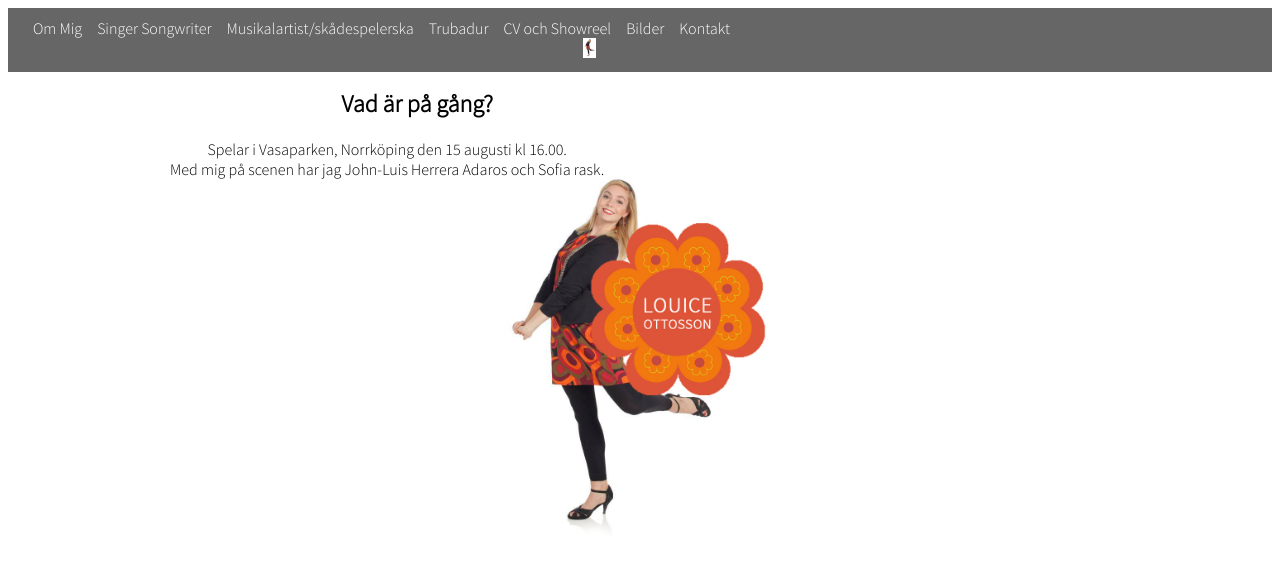
Repository: MarkusGirdland/LouiceOttosson
Page: index.html
The author's editor kept a record of every edit. The page is drawn from the files as they stood at one moment, then again after the next edit.
The browser window is 1280 px wide. The pictures show the whole page.

Above is the page before.

### index.html
<!doctype html>
<html lang="sv">
    <head>

        <meta charset="utf-8"/>
        <title>Louice Ottosson</title>
        <meta name="viewport" content="width:device-width, initial-scale=1.0" />
        <link rel="Stylesheet" media="only screen and (max-width:481px)" href="../css/basic.css" />
        <link rel="Stylesheet" href="css/basic.css" />
    </head>

    <body id="indexMain">
        <div id="container">

            <!-- Menyn -->
            <nav>
                <ul id="meny">
                    <li class="lista"><a href="pages/omMig.html">Om Mig</a></li>
                    <li class="lista"><a href="pages/singerSongwriter.html">Singer Songwriter</a></li>
                    <li class="lista"><a href="pages/musikalartist.html">Musikalartist/skådespelerska</a></li>
                    <li class="lista"><a href="pages/trubadur.html">Trubadur</a></li>
                    <li class="lista"><a href="pages/CVochShowreel.html">CV och Showreel</a></li>
                    <li class="lista"><a href="pages/bilder.html">Bilder</a></li>
                    <li class="lista"><a href="pages/kontakt.html">Kontakt</a></li>
                    <li class="lista"><a class="Index" href="index.html"><img src="images/danspose.jpg" alt="Start" width="auto" height="20" /></a></li>
                </ul>

                <select name="selector" onchange="window.location=this.value;">
                    <option value="" selected="selected">Välj sida...</option>

                    <option value="index.html">Hem</option>
                    <option value="pages/omMig.html">Om Mig</option>
                    <option value="pages/singerSongwriter.html">Singer Songwriter</option>
                    <option value="pages/musikalartist.html">Musikalartist/skådespelerska</option>
                    <option value="pages/trubadur.html">Trubadur</option>
                    <option value="pages/CVochShowreel.html">CV och Showreel</option>
                    <option value="pages/bilder.html">Bilder</option>
                    <option value="pages/kontakt.html">Kontakt</option>
              </select>
            </nav>

            <main>
            <br />
            <br />
                <h2 id="indexh2" class="indexText">Vad är på gång?</h2>
                <p class="indexText">Spelar i Vasaparken, Norrköping den 15 augusti kl 16.00. <br />
                Med mig på scenen har jag John-Luis Herrera Adaros och Sofia rask.</p>
            </main>
        </div>

        <script src="script/script.js"></script>
    </body>
</html>

### css/basic.css
#indexMain{
    background-image: url(../images/danspose2.jpg);
    background-repeat: no-repeat;
    background-position: center;
    background-attachment:fixed;

}

#omMigMain{
    background-image: url(../images/hej.jpg);
    background-repeat: no-repeat;
    background-position: center;
    background-attachment:fixed;
}

#singerSongwriterMain{
    background-color: black;
    background-image: url(../images/livekarusell.jpg);
    background-repeat: no-repeat;
    background-position: center;
    background-attachment:fixed;
    font-family: "SourceSansLight";
}

#musikalartistMain{
    background-color: black;
    background-image: url(../images/mj.jpg);
    background-repeat: no-repeat;
    background-position: center;
    background-attachment:fixed;
    font-family: "SourceSansLight";
}

#trubadurMain{
    background-image: url(../images/trubadur.jpg);
    background-repeat: no-repeat;
    background-position: center;
    background-attachment:fixed;
}

#CVMain{
    background-image: url(../images/cv-bild.jpg);
    background-repeat: no-repeat;
    background-position: center;
    background-attachment:fixed;

}

#kontaktMain{
    background-image: url(../images/kontakt.jpg);
    background-repeat: no-repeat;
    background-position: center;
    background-attachment:fixed;
}

main {
    font-family: "SourceSans";
}

#meny{
    position: relative;
    float: left;
    margin-top: 0;
    padding-top: 0;

    list-style-type: none;

    font-family: "SourceSansLight";

    color: white;
    display: block;
    background-color: rgba(0, 0, 0, 0.6);
    padding: 10px;
}

#singSongMeny {
    position: relative;
    float: left;
    margin-top: 0;
    padding-top: 0;

    list-style-type: none;

    font-family: "SourceSansLight";

    color: white;
    display: block;
    background-color: rgba(200, 0, 0, 0.6);
    padding: 10px;
}

.lista{
    float: left;
    margin-left: 15px;
}

.Index{
    margin-left: 550px;
    float: right;
}

#meny .active{
    color: red;
}

#singSongMeny .active{
    color: red;
}

.indexText {
    margin-right: 40%;
    font-family: "SourceSansLight";
    text-align: center;
}

#indexh2 {
    padding-left: 60px;
}

#CVtext .CVlink{
    color: blue;
}

.singSongText {
    color: white;
    font-family: "SourceSansLight";
}

#singSongh4 {
    font-family: "SourceSansLight";
    color: white;
}

#resultat {
    font-family: "SourceSansLight";
    color: white;
}


a:link { text-decoration: none}
a:link { color: white; }
a:visited { color: white; }
a:hover { color: red; }

#galleryContainer {
    padding: 50px;
    background-position: center center;
    background-repeat: repeat;
    overflow: auto;
}

#images {
    padding: 50px;
    margin-left: 30px;
}

#images img {
    max-height: 150px;
    max-width: 150px;
    height: auto;
    width: auto;
    margin-left: 25px;
    display: block;
}

#spotify{
    padding-left: 50px;
}

#images a {
    position: relative;
    background: white;
    display: inline;
    float: left;
    margin: 0 15px 30px;
    padding: 10px 10px 25px;
    text-align: center;
    text-decoration: none;
    -webkit-box-shadow: 0 4px 6px rgba(0, 0, 0, .3);
    -moz-box-shadow: 0 4px 6px rgba(0,0,0,.3);
	box-shadow: 0 4px 6px rgba(0,0,0,.3);
	-webkit-transition: all .15s linear;
	-moz-transition: all .15s linear;
	transition: all .15s linear;
	z-index: 0;
	-webkit-transform: rotate(5deg);
	-moz-transform: rotate(5deg);
	transform: rotate(5deg);
	border: 1px solid black;
}

#images a:after {
    color: black;
    font-family: "SourceSansLight";
	font-size: 15px;
	content: attr(title);
	position: relative;
	top:15px;

}

#images a:nth-child(3n)
{
	-webkit-transform: rotate(-10deg);
	-moz-transform: rotate(-10deg);
	transform: rotate(-10deg);
}

#images a:nth-child(5n) {
	-webkit-transform: rotate(15deg);
	-moz-transform: rotate(15deg);
	transform: rotate(15deg);
}

#images a:hover {
	-webkit-transform: rotate(0deg);  /* Rotera till 0 grader */
	-moz-transform: rotate(0deg);
    transform: rotate(0deg);
	-webkit-transform: scale(1.5); /* Skala upp den */
	-moz-transform: scale(1.5);
    transform: scale(1.5);
	z-index:10;                     /* Lägg den över dom andra i Z-index */
	-webkit-box-shadow: 0 10px 20px rgba(0, 0, 0, .7);      /* Bleka ut skuggan */
	-moz-box-shadow: 0 10px 20px rgba(0,0,0,.7);
    box-shadow: 0 10px 20px rgba(0,0,0,.7);
}

#images a:focus {
	-webkit-transform: rotate(0deg);  /* Rotera till 0 grader */
	-moz-transform: rotate(0deg);
    transform: rotate(0deg);
	-webkit-transform: scale(1.5); /* Skala upp den */
	-moz-transform: scale(1.5);
    transform: scale(1.5);
	z-index:10;                     /* Lägg den över dom andra i Z-index */
	-webkit-box-shadow: 0 10px 20px rgba(0, 0, 0, .7);      /* Bleka ut skuggan */
	-moz-box-shadow: 0 10px 20px rgba(0,0,0,.7);
    box-shadow: 0 10px 20px rgba(0,0,0,.7);
}

@font-face {
    font-family: SourceSans;
    src: url(../fonts/SourceSansPro-Semibold.ttf);
}

@font-face {
    font-family: SourceSansLight;
    src: url(../fonts/SourceSansPro-Light.ttf);
}

@font-face {
    font-family: SourceSansBold;
    src: url(../fonts/SourceSansPro-Bold.ttf);
}

#singerSongwriterMain{
    background-position: left 60% center;
}

#musikalartistMain{
    background-position: left 85% center;
}

#trubadurMain{
    background-position: left 60% center;
}

@media only screen and (max-width:1600px){
    #indexMain{
        background-size: 30%;
    }

    #omMigMain{
        background-size: 35%;
    }

    #singerSongwriterMain{
        background-size: 35%;
    }

    #musikalartistMain{
       background-size: 45%;
    }

    #trubadurMain{
        background-size: 35%;
    }

    #CVMain{
        background-size: 55%;
    }

    #kontaktMain{
        background-size: 30%;
    }
}

@media only screen and (max-width:1400px){
    #indexMain{
        background-size: 25%;
    }

    #omMigMain{
        background-size: 25%;
    }

    #singerSongwriterMain{
        background-size: 25%;
    }

    #musikalartistMain{
       background-size: 35%;
    }

    #trubadurMain{
        background-size: 25%;
    }

    #CVMain{
        background-size: 45%;
    }

    #kontaktMain{
        background-size: 25%;
    }
}

@media only screen and (max-width:1000px){
    #indexMain{
        background-size: 15%;
    }

    #omMigMain{
        background-size: 15%;
    }

    #singerSongwriterMain{
        background-size: 15%;
    }

    #musikalartistMain{
       background-size: 25%;
    }

    #trubadurMain{
        background-size: 15%;
    }

    #CVMain{
        background-size: 35%;
    }

    #kontaktMain{
        background-size: 15%;
    }
}

@media only screen and (max-width:700px){
    #indexMain{
        background-size: 5%;
    }

    #omMigMain{
        background-image: none;
    }

    #singerSongwriterMain{
        background-image: none;
    }

    #musikalartistMain{
        background-image: none;
    }

    #trubadurMain{
        background-size: 5%;
    }

    #CVMain{
        background-size: 25%;
    }

    #kontaktMain{
        background-size: 5%;
    }
}

nav select {
  display: none;
}

@media (max-width: 960px) {
  nav ul     { display: none; }
  nav select { display: inline-block; }

  #meny{
      display: none;
  }

  #singSongMeny {
      display: none;
  }

  #indexMain{
        background-image: none;
    }

    #omMigMain{
        background-image: none;
    }

    #singerSongwriterMain{
        background-image: none;
    }

    #musikalartistMain{
        background-image: none;
    }

    #trubadurMain{
        background-image: none;
    }

    #CVMain{
        background-image: none;
    }

    #kontaktMain{
        background-image: none;
    }
}


select {
    padding:3px;
    margin: 0;
    -webkit-border-radius:4px;
    -moz-border-radius:4px;
    border-radius:4px;
    -webkit-box-shadow: 0 3px 0 #ccc, 0 -1px #fff inset;
    -moz-box-shadow: 0 3px 0 #ccc, 0 -1px #fff inset;
    box-shadow: 0 3px 0 #ccc, 0 -1px #fff inset;
    background: #f8f8f8;
    color:#888;
    border:none;
    outline:none;
    display: inline-block;
    -webkit-appearance:none;
    -moz-appearance:none;
    appearance:none;
    cursor:pointer;
}

/* Targetting Webkit browsers only. FF will show the dropdown arrow with so much padding. */
@media screen and (-webkit-min-device-pixel-ratio:0) {
    select {padding-right:18px}
}

label {position:relative}
label:after {
    content:'<>';
    font:11px "Consolas", monospace;
    color:#aaa;
    -webkit-transform:rotate(90deg);
    -moz-transform:rotate(90deg);
    -ms-transform:rotate(90deg);
    transform:rotate(90deg);
    right:8px; top:2px;
    padding:0 0 2px;
    border-bottom:1px solid #ddd;
    position:absolute;
    pointer-events:none;
}
label:before {
    content:'';
    right:6px; top:0px;
    width:20px; height:20px;
    background:#f8f8f8;
    position:absolute;
    pointer-events:none;
    display:block;
}

Loaded but not shown: script/script.js (no copy from this time; the picture is the same without it)

After the next edit:
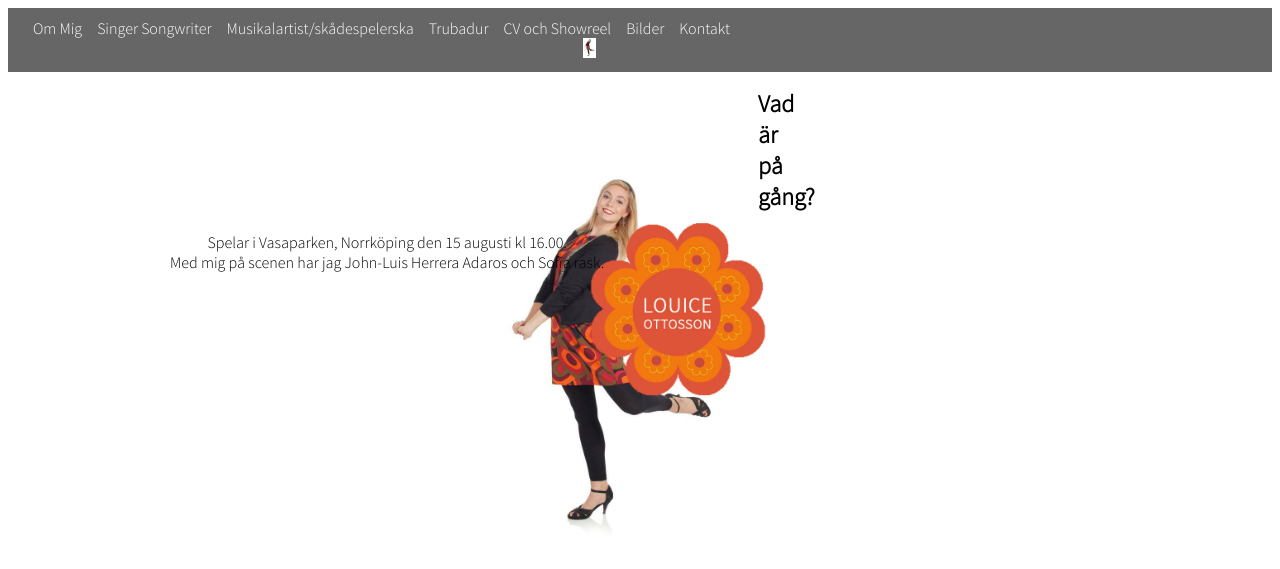
The edit:
--- a/css/basic.css
+++ b/css/basic.css
@@ -114,7 +114,7 @@
 }
 
 #indexh2 {
-    padding-left: 60px;
+    padding-left: 750px;
 }
 
 #CVtext .CVlink{
